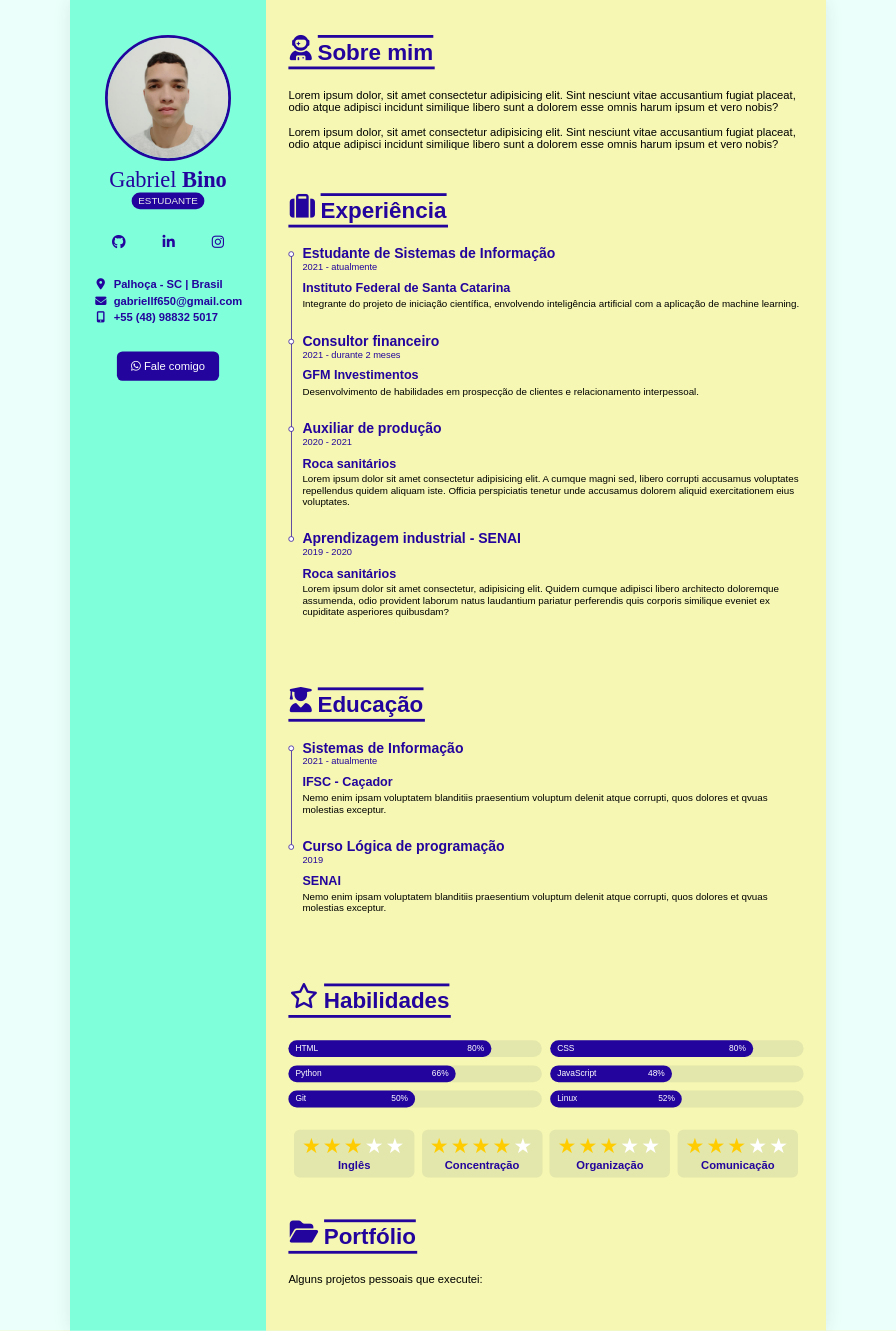
Repository: gabrielbino/projects-dio
Page: curriculoResponsivo/index.html
These files come from the project's save history. The page is drawn as it stood at one moment and after the next save; the edit follows.
The browser window is 1280 px wide. The pictures show the whole page, at 70% of full size.
Some web libraries are served in a nearby version.

Above is the page before, as saved 2021-10-19 11:44:25.

After the next save:
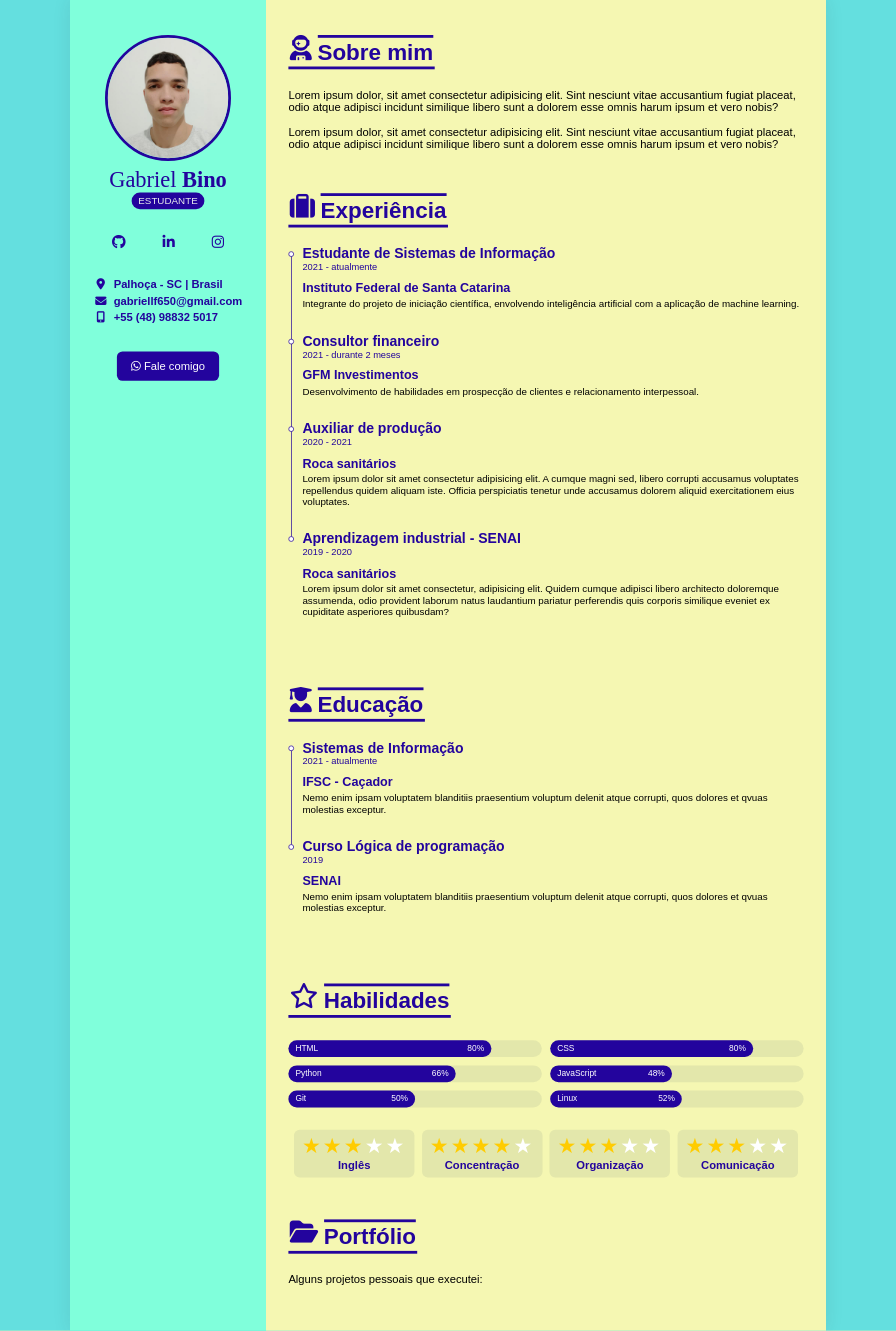
Saved 114 s later.
--- a/curriculoResponsivo/css/style.css
+++ b/curriculoResponsivo/css/style.css
@@ -9,13 +9,13 @@
 }
 
 body {
-  background-color: #ebfffb;
+  background-color: #64dfdf;
   color: black;
   font-family: "Fira Sans", sans-serif;
 }
 
 main {
-  background-color: #ebfffb;
+  background-color: #64dfdf;
   box-shadow: 0 0 1.5rem rgba(53, 53, 53, 0.1);
   display: flex;
   margin: 0 auto;

After the save that followed:
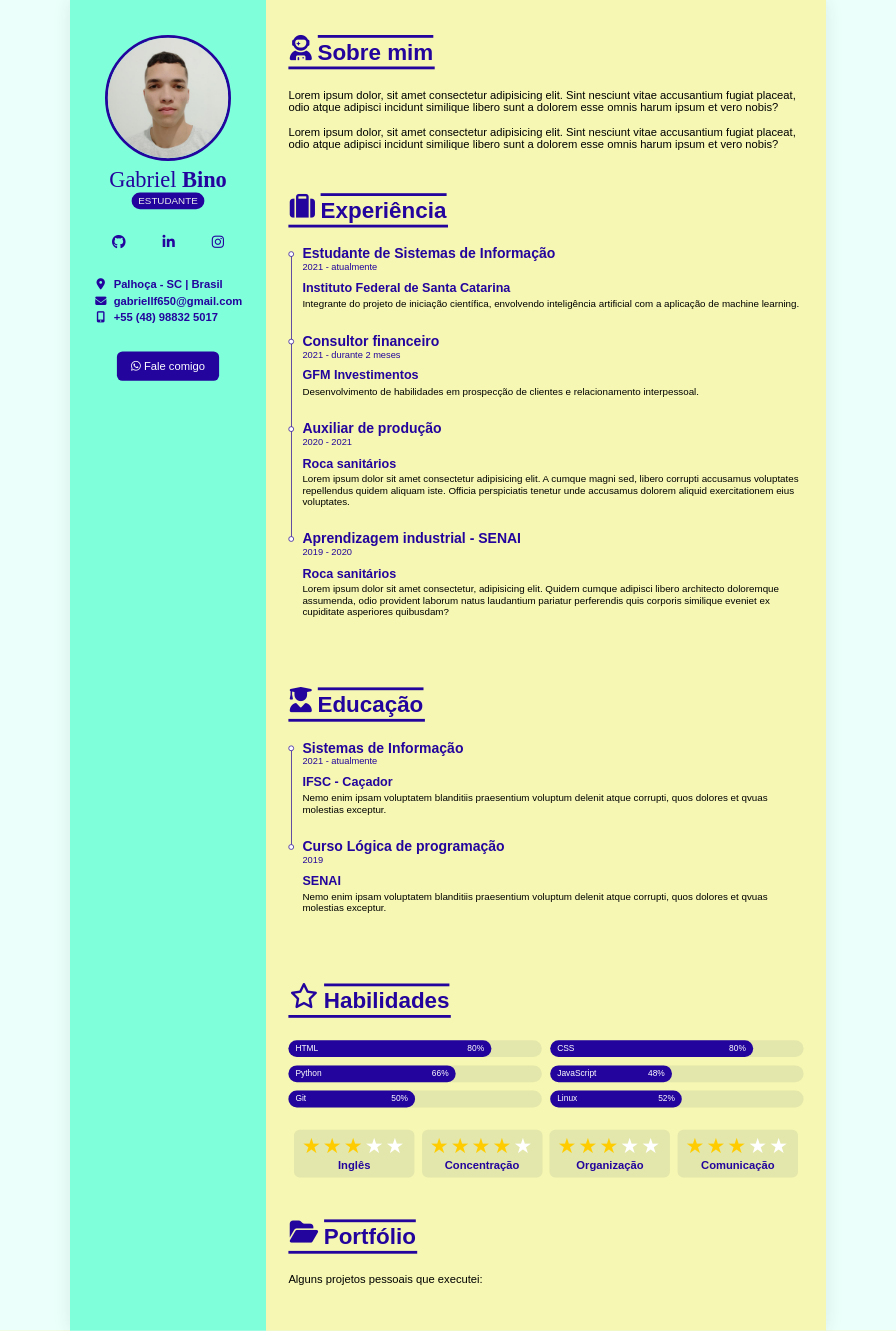
Saved 7 s later.
--- a/curriculoResponsivo/css/style.css
+++ b/curriculoResponsivo/css/style.css
@@ -9,13 +9,13 @@
 }
 
 body {
-  background-color: #64dfdf;
+  background-color: #ebfffb;
   color: black;
   font-family: "Fira Sans", sans-serif;
 }
 
 main {
-  background-color: #64dfdf;
+  background-color: #ebfffb;
   box-shadow: 0 0 1.5rem rgba(53, 53, 53, 0.1);
   display: flex;
   margin: 0 auto;
